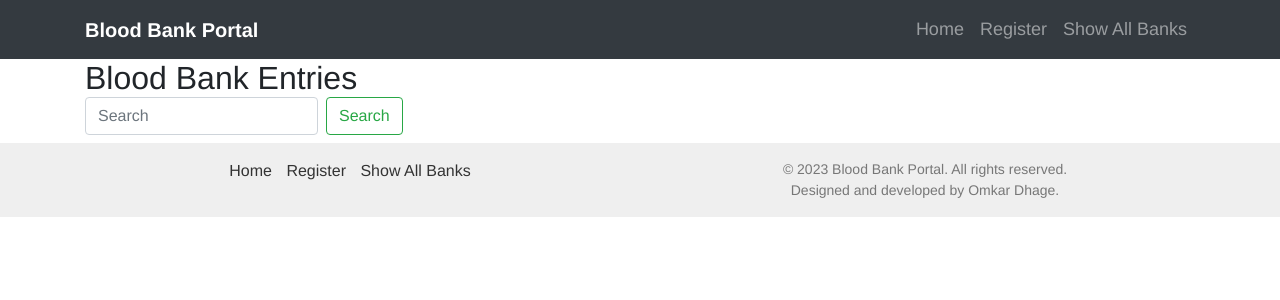
Repository: omi4535/Decentralized_Blood_Bank_System
Page: http://localhost/blood_bank_system/banks
The author's editor kept a copy of each file at every save. The page is drawn from the files as they stood at one save, then again after the next save.
The browser window is 1280 px wide. The pictures show the whole page.
Some web libraries are served in a nearby version. The page is served by Tomcat 9. Queries for data that is not in the repository find no rows.

Above is the page before, as saved 2023-07-03 15:39:36.

After the next save:
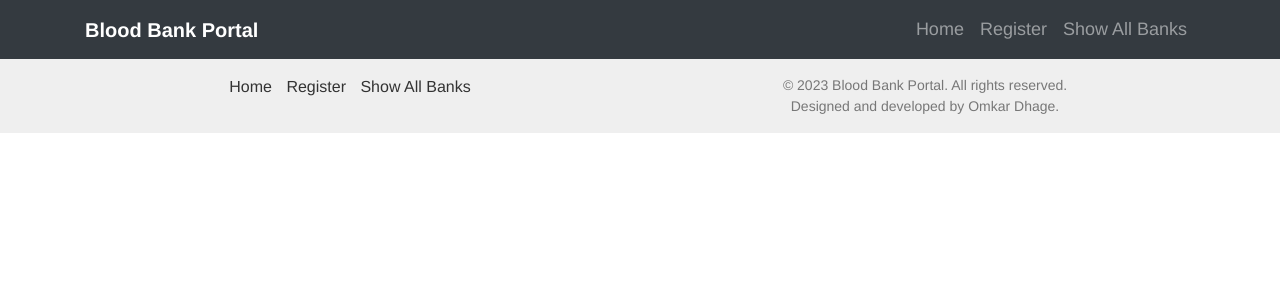
Saved 30 s later.
--- a/blood bank system/src/main/webapp/All_banks.jsp
+++ b/blood bank system/src/main/webapp/All_banks.jsp
@@ -20,12 +20,14 @@
 <body>
 	<%@ include file="NavBar.jsp"%>
 	<div class="container">
+	 <div class="collapse navbar-collapse" id="navbarNav">
 		<h2>Blood Bank Entries
 		<form class="form-inline my-2 my-lg-0">
       <input class="form-control mr-sm-2" type="search" placeholder="Search" aria-label="Search">
       <button class="btn btn-outline-success my-2 my-sm-0" type="submit">Search</button>
     </form>
     </h2>
+    </div>
 		<div class="container">
 			<c:forEach items="${bloodBanks}" var="bloodBank">
 				<div class="row" style="padding=10px;">

After the 2 saves that followed:
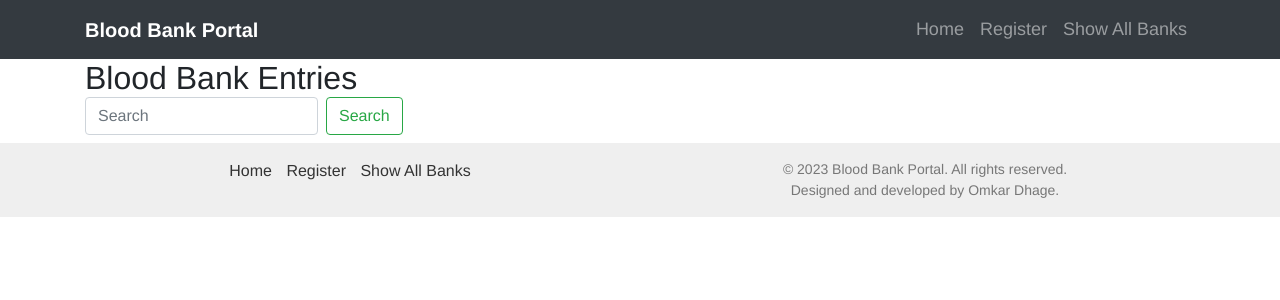
The 2 saves are shown as one change because 1 left the picture as it was.
The last was saved 30 s later.
--- a/blood bank system/src/main/webapp/All_banks.jsp
+++ b/blood bank system/src/main/webapp/All_banks.jsp
@@ -20,7 +20,7 @@
 <body>
 	<%@ include file="NavBar.jsp"%>
 	<div class="container">
-	 <div class="collapse navbar-collapse" id="navbarNav">
+	 <div class=" navbar-collapse" >
 		<h2>Blood Bank Entries
 		<form class="form-inline my-2 my-lg-0">
       <input class="form-control mr-sm-2" type="search" placeholder="Search" aria-label="Search">
